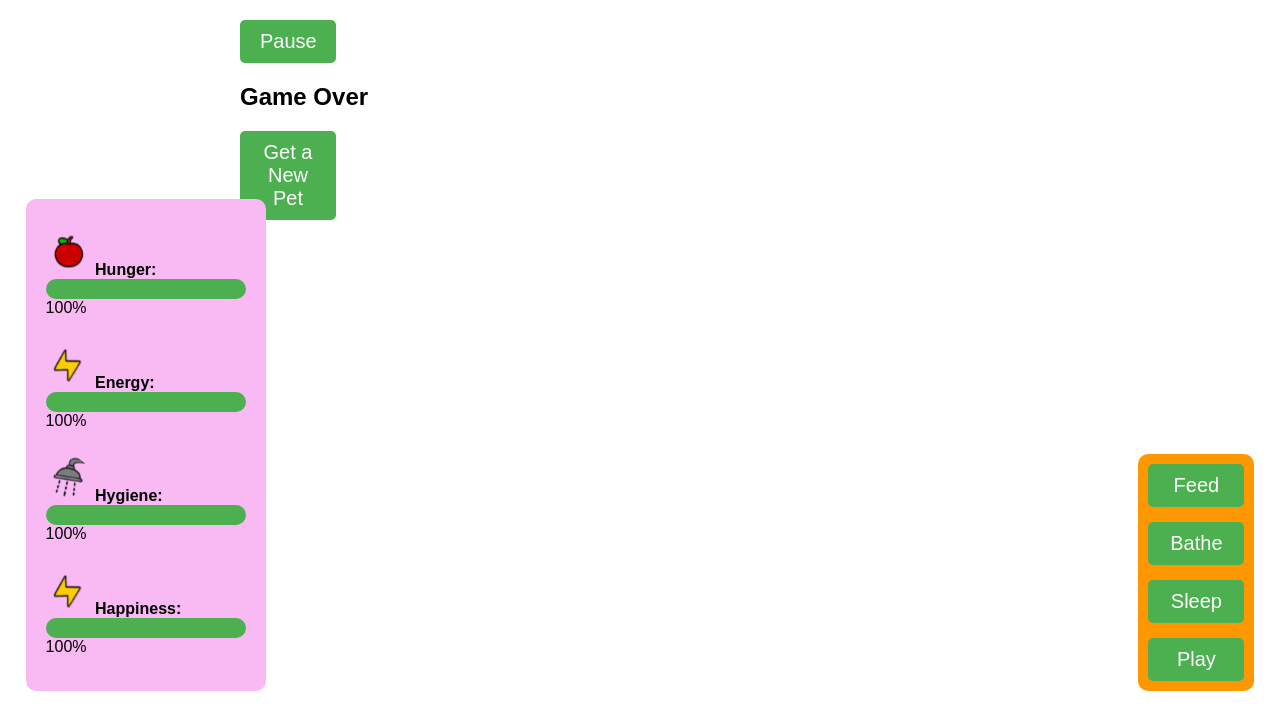
Repository: sarahjx/CapyCare
Page: html/index.html
These files come from the project's save history. The page is drawn as it stood at one moment and after a run of saves; the edit follows.
The browser window is 1280 px wide. The pictures show the whole page.
Some web fonts or font styles are not loaded; a fallback is used.

Above is the page before, as saved 2025-04-30 17:57:22.

### html/index.html
<!-- @format -->

<!DOCTYPE html>
<html lang="en">
  <head>
    <meta charset="UTF-8" />
    <meta name="viewport" content="width=device-width, initial-scale=1.0" />
    <title>Virtual Pet Game</title>
    <link rel="preconnect" href="https://fonts.googleapis.com">
    <link rel="preconnect" href="https://fonts.gstatic.com" crossorigin>
    <link href="https://fonts.googleapis.com/css2?family=McLaren&display=swap" rel="stylesheet">
    <link rel="stylesheet" href="../css/statusbar.css" />
  </head>
  <body>
    <div class="status-bar-container">

      <div class="status-bar">
        <span class="hunger-icon"><img src="../images/hunger.svg" alt="hunger icon"></span>
        <span class="status-label">Hunger:</span>
        <div class="status-progress">
          <div id="hunger-bar" class="status-fill" style="width: 100%"></div>
        </div>
        <span id="hunger-value">100%</span>
        <div id="hunger-warning" class="warning"></div>
      </div>

      <div class="status-bar">
        <span class="energy-icon"><img src="../images/energy.svg" alt="energy icon"></span>
        <span class="status-label">Energy:</span>
        <div class="status-progress">
          <div id="energy-bar" class="status-fill" style="width: 100%"></div>
        </div>
        <span id="energy-value">100%</span>
        <div id="energy-warning" class="warning"></div>
      </div>

      <div class="status-bar">
        <span class="hygiene-icon"><img src="../images/hygiene.svg" alt="hygiene icon"></span>
        <span class="status-label">Hygiene:</span>
        <div class="status-progress">
          <div id="hygiene-bar" class="status-fill" style="width: 100%"></div>
        </div>
        <span id="hygiene-value">100%</span>
        <div id="hygiene-warning" class="warning"></div>
      </div>

      <div class="status-bar">
        <span class="hunger-icon"><img src="../images/energy.svg" alt="hunger icon"></span>
        <span class="status-label">Happiness:</span>
        <div class="status-progress">
          <div id="happiness-bar" class="status-fill" style="width: 100%"></div>
        </div>
        <span id="happiness-value">100%</span>
        <div id="happiness-warning" class="warning"></div>
      </div>
    </div>

      <div class="action-buttons">
        <button onclick="feedPet(currentPet)">Feed</button>
        <button onclick="bathePet(currentPet)">Bathe</button>
        <button onclick="bedtime(currentPet)">Sleep</button>
        <button onclick="touchPet(currentPet)">Play</button>
      </div>
      <button id="pauseButton" onclick="togglePause()" class="pause-button">
        Pause
      </button>
    </div>

    <div id="gameOverScreen" class="game-over-screen">
      <div class="game-over-content">
        <h2>Game Over</h2>
        <p id="gameOverMessage"></p>
        <button onclick="resetGame()">Get a New Pet</button>
      </div>
    </div>

    <script src="../backend/status.js"></script>
  </body>
</html>

### css/statusbar.css
:root {
  --primary-color: #F9D9D9;
  --secondary-color: #D9E7F9;
  --tertiary-color: #FFF1FB;
  --accent-color: #F7EFD7;
  --text-color: #333;
  --spacing-xs: 0.5rem;
  --spacing-sm: 0.75rem;
  --spacing-md: 1rem;
  --spacing-lg: 1.5rem;
  --spacing-xl: 2rem;
  --spacing-xxl: 3rem;
  --font-family: 'McLaren', sans-serif;
  --font-size-xs: 0.75rem;
  --font-size-sm: 0.875rem;
  --font-size-md: 1rem;
  --font-size-lg: 1.125rem;
  --font-size-xl: 1.25rem;
  --font-size-xxl: 1.5rem;
}

body {
  font-family: var(--font-family);
  font-weight: 10;
  max-width: 800px;
  margin: 0 auto;
  padding: 20px;
  background-color: #ffffff;
}

.status-bar-container {
  position: fixed;
  background-color: rgb(249, 185, 243);
  padding: 20px;
  border-radius: 10px;
  display: inline-flex;
  flex-direction: column;
  bottom: 4%;
  left: 2%;
}

.status-bar {
  margin: 10px 0;
}

.status-label {
  display: inline-block;
  width: 100px;
  font-weight: bold;
}

.status-progress {
  width: 200px;
  height: 20px;
  background-color: #eee;
  border-radius: 10px;
  overflow: hidden;
}

.status-fill {
  height: 100%;
  background-color: #4caf50;
  transition: width 0.3s ease;
}

.action-buttons {
  margin-top: 20px;
  display: inline-flex;
  flex-direction: column;
  padding: 10px;
  border-radius: 10px;
  gap: 15px;
  background-color: #ff9800;
  position: fixed;
  right: 2%;
  bottom: 4%;

}


button {
  padding: 10px 20px;
  border: none;
  border-radius: 5px;
  background-color: #4caf50;
  color: white;
  cursor: pointer;
  transition: background-color 0.3s;
  width: 6rem;
  font-family: var(--font-family);
  font-weight: 7pt;
  font-size: var(--font-size-xl);

}

button:hover {
  background-color: #45a049;
}

.warning {
  color: #ff9800;
  font-weight: bold;
  margin-top: 5px;
}

.critical {
  color: #f44336;
  font-weight: bold;
  margin-top: 5px;
}

### backend/status.js
/** @format */

function Personality(favFood, active, clean, clingy, foodLover, introText) {
  this.favFood = favFood;
  this.active = active;
  this.clean = clean;
  this.clingy = clingy;
  this.foodLover = foodLover;
  this.intro = introText;
}

const mix1 = new Personality(
  "Sunfruit",
  true,
  true,
  true,
  true,
  "This pet is energetic and playful, always ready to explore or play. They love the taste of Sunfruit and will happily eat it when offered, but they'll need constant attention, so expect lots of petting and cuddling. Despite their active nature, they stay clean and are easy to bathe. This pet loves affection and will return it in kind!"
);
const mix2 = new Personality(
  "Snakberry",
  true,
  true,
  false,
  true,
  "This pet is full of energy and loves to make the most of their days. They are particularly fond of Snakberries, which they will devour happily, but they tend to get hungry more often due to their high energy levels. Despite their active nature, they keep themselves clean and are easy to bathe. They're not overly clingy, so while they'll happily spend time with you, they won't be demanding affection constantly."
);
const mix3 = new Personality(
  "Dreamleaf",
  false,
  false,
  true,
  false,
  "This pet is laid-back and enjoys spending time with you, always seeking your company. They love Dreamleaf as a treat, but they're not particularly food-driven and don't get hungry as often. While they may get a little dirty from time to time, they tend to move around when you try to bathe them. Expect them to seek out your attention frequently, and be ready to shower them with love when they come to you for pets."
);

const personalities = [mix1, mix2, mix3];

// Global variable to store current pet
let currentPet = null;

// Store interval IDs globally
let hungerInterval = null;
let energyInterval = null;
let hygieneInterval = null;
let happinessInterval = null;

let isGameOver = false;

function getRandomPersonality() {
  const randomIndex = Math.floor(Math.random() * personalities.length);
  currentPet = personalities[randomIndex];
  console.log("New pet initialized:", currentPet.intro);
  return currentPet;
}

let hunger = 100;
let energy = 100;
let hygiene = 100;
let happiness = 100;

// Personality-based status decrease functions
function decreaseHunger() {
  if (!currentPet || isGameOver) return;

  // Food lovers get hungry faster
  const decreaseAmount = currentPet.foodLover ? 15 : 10;
  if (hunger <= 0) {
    hunger = 0;
    if (checkGameOver()) return;
  } else if (hunger > 0) {
    hunger -= decreaseAmount;
    if (checkGameOver()) return;
  }
  console.log("Hunger: " + hunger);
  warning();
}

function decreaseEnergy() {
  if (!currentPet || isGameOver) return;

  // Active pets lose energy faster
  const decreaseAmount = currentPet.active ? 15 : 10;
  if (energy <= 0) {
    energy = 0;
    if (checkGameOver()) return;
  } else if (energy > 0) {
    energy -= decreaseAmount;
    if (checkGameOver()) return;
  }
  console.log("Energy: " + energy);
  warning();
}

function decreaseHygiene() {
  if (!currentPet || isGameOver) return;

  // Clean pets lose hygiene slower
  const decreaseAmount = currentPet.clean ? 8 : 12;
  if (hygiene <= 0) {
    hygiene = 0;
    if (checkGameOver()) return;
  } else if (hygiene > 0) {
    hygiene -= decreaseAmount;
    if (checkGameOver()) return;
  }
  console.log("Hygiene: " + hygiene);
  warning();
}

function decreaseHappiness() {
  if (!currentPet || isGameOver) return;

  // Clingy pets lose happiness faster when not attended to
  const decreaseAmount = currentPet.clingy ? 15 : 10;
  if (happiness <= 0) {
    happiness = 0;
    if (checkGameOver()) return;
  } else if (happiness > 0) {
    happiness -= decreaseAmount;
    if (checkGameOver()) return;
  }
  console.log("Happiness: " + happiness);
  warning();
}

// Update intervals with personality-based timing
function updateIntervals() {
  // Clear any existing intervals
  if (hungerInterval) clearInterval(hungerInterval);
  if (energyInterval) clearInterval(energyInterval);
  if (hygieneInterval) clearInterval(hygieneInterval);
  if (happinessInterval) clearInterval(happinessInterval);

  // Set new intervals based on personality
  hungerInterval = setInterval(
    () => {
      decreaseHunger();
      warning();
    },
    currentPet.foodLover ? 6000 : 8000
  );

  energyInterval = setInterval(
    () => {
      decreaseEnergy();
      warning();
    },
    currentPet.active ? 8000 : 12000
  );

  hygieneInterval = setInterval(
    () => {
      decreaseHygiene();
      warning();
    },
    currentPet.clean ? 18000 : 15000
  );

  happinessInterval = setInterval(
    () => {
      decreaseHappiness();
      warning();
    },
    currentPet.clingy ? 8000 : 10000
  );

  console.log("Intervals updated for pet:", currentPet.intro);
}

// Pause game function
function pauseGame() {
  if (hungerInterval) clearInterval(hungerInterval);
  if (energyInterval) clearInterval(energyInterval);
  if (hygieneInterval) clearInterval(hygieneInterval);
  if (happinessInterval) clearInterval(happinessInterval);
  console.log("Game paused");
}

// Resume game function
function resumeGame() {
  updateIntervals();
  console.log("Game resumed");
}

// Initialize with a random pet and start intervals
currentPet = getRandomPersonality();
updateIntervals();

function touchPet(personality) {
  if (personality.clingy) {
    gainStatus("happiness");
    console.log("Your pet loves the attention!");
  } else {
    loseStatus("happiness");
    console.log("Your pet prefers their space.");
  }
}

function feedPet(personality) {
  gainStatus("hunger"); // Always increase hunger
  if (personality.foodLover) {
    gainStatus("happiness");
    console.log("Your pet loves the food!");
  } else {
    loseStatus("happiness");
    console.log("Your pet isn't very interested in food.");
  }
}

function bathePet(personality) {
  gainStatus("hygiene"); // Always increase hygiene
  if (personality.clean) {
    gainStatus("happiness");
    console.log("Your pet enjoys being clean!");
  } else {
    loseStatus("happiness");
    console.log("Your pet doesn't like baths.");
  }
}

function bedtime(personality) {
  gainStatus("energy"); // Always increase energy
  if (personality.active) {
    loseStatus("happiness");
    console.log("Your pet is too energetic to sleep!");
  } else {
    gainStatus("happiness");
    console.log("Your pet enjoys resting.");
  }
}

function gainStatus(category) {
  switch (category) {
    case "hunger":
      if (hunger >= 100) {
        console.log("Hunger is full!");
      } else if (hunger < 100) {
        hunger += 10;
        console.log("Hunger: " + hunger);
      }
      break;
    case "energy":
      if (energy >= 100) {
        console.log("Energy is full!");
      } else if (energy < 100) {
        energy += 10;
        console.log("Energy: " + energy);
      }
      break;
    case "hygiene":
      if (hygiene >= 100) {
        console.log("Hygiene is full!");
      } else if (hygiene < 100) {
        hygiene += 10;
        console.log("Hygiene: " + hygiene);
      }
      break;
    case "happiness":
      if (happiness >= 100) {
        console.log("Happiness is full!");
      } else if (happiness < 100) {
        happiness += 10;
        console.log("Happiness: " + happiness);
      }
      break;
    default:
      console.log("Invalid category");
  }
}

function loseStatus(category) {
  switch (category) {
    case "hunger":
      if (hunger <= 0) {
        console.log("Hunger is empty!");
        hunger = 0;
      } else if (hunger > 0) {
        hunger -= 10;
        console.log("Hunger: " + hunger);
      }
      break;
    case "energy":
      if (energy <= 0) {
        console.log("Energy is empty!");
        energy = 0;
      } else if (energy > 0) {
        energy -= 10;
        console.log("Energy: " + energy);
      }
      break;
    case "hygiene":
      if (hygiene <= 0) {
        console.log("Hygiene is empty!");
        hygiene = 0;
      } else if (hygiene > 0) {
        hygiene -= 10;
        console.log("Hygiene: " + hygiene);
      }
      break;
    case "happiness":
      if (happiness <= 0) {
        console.log("Happiness is empty!");
        happiness = 0;
      } else if (happiness > 0) {
        happiness -= 10;
        console.log("Happiness: " + happiness);
      }
      break;
    default:
      console.log("Invalid category");
  }
}

function warning() {
  // Hunger warnings
  if (hunger <= 50 && hunger > 20) {
    document.getElementById("hunger-warning").textContent =
      "Your pet is getting hungry!";
    document.getElementById("hunger-warning").className = "warning";
  } else if (hunger <= 20 && hunger > 0) {
    document.getElementById("hunger-warning").textContent =
      "Your pet is starving!";
    document.getElementById("hunger-warning").className = "critical";
  } else {
    document.getElementById("hunger-warning").textContent = "";
  }

  // Energy warnings
  if (energy <= 50 && energy > 20) {
    document.getElementById("energy-warning").textContent =
      "Your pet is getting tired!";
    document.getElementById("energy-warning").className = "warning";
  } else if (energy <= 20 && energy > 0) {
    document.getElementById("energy-warning").textContent =
      "Your pet is exhausted!";
    document.getElementById("energy-warning").className = "critical";
  } else {
    document.getElementById("energy-warning").textContent = "";
  }

  // Hygiene warnings
  if (hygiene <= 50 && hygiene > 20) {
    document.getElementById("hygiene-warning").textContent =
      "Your pet needs a bath!";
    document.getElementById("hygiene-warning").className = "warning";
  } else if (hygiene <= 20 && hygiene > 0) {
    document.getElementById("hygiene-warning").textContent =
      "Your pet is filthy!";
    document.getElementById("hygiene-warning").className = "critical";
  } else {
    document.getElementById("hygiene-warning").textContent = "";
  }

  // Happiness warnings
  if (happiness <= 50 && happiness > 20) {
    document.getElementById("happiness-warning").textContent =
      "Your pet is getting sad!";
    document.getElementById("happiness-warning").className = "warning";
  } else if (happiness <= 20 && happiness > 0) {
    document.getElementById("happiness-warning").textContent =
      "Your pet is depressed!";
    document.getElementById("happiness-warning").className = "critical";
  } else {
    document.getElementById("happiness-warning").textContent = "";
  }
}

function checkGameOver() {
  if (hunger <= 0 || energy <= 0 || hygiene <= 0 || happiness <= 0) {
    isGameOver = true;
    pauseGame();
    showGameOver();
    return true;
  }
  return false;
}

function showGameOver() {
  let reason = "";
  if (hunger <= 0) reason = "Your pet starved to death!";
  else if (energy <= 0) reason = "Your pet died from exhaustion!";
  else if (hygiene <= 0) reason = "Your pet died from poor hygiene!";
  else if (happiness <= 0) reason = "Your pet died from sadness!";

  console.log("GAME OVER: " + reason);
  document.getElementById("gameOverMessage").textContent = reason;
  document.getElementById("gameOverScreen").style.display = "flex";
}

function resetGame() {
  isGameOver = false;
  hunger = 70;
  energy = 70;
  hygiene = 70;
  happiness = 70;
  document.getElementById("gameOverScreen").style.display = "none";
  currentPet = getRandomPersonality();
  updateStatusBars();
  updateIntervals();
}

let isPaused = false;

      function togglePause() {
        isPaused = !isPaused;
        const pauseButton = document.getElementById("pauseButton");
        const buttons = document.querySelectorAll(
          ".buttons button:not(#pauseButton)"
        );

        if (isPaused) {
          pauseButton.textContent = "Resume";
          pauseButton.classList.add("paused");
          buttons.forEach((button) => (button.disabled = true));
          pauseGame();
        } else {
          pauseButton.textContent = "Pause";
          pauseButton.classList.remove("paused");
          buttons.forEach((button) => (button.disabled = false));
          resumeGame();
        }
      }

      // Update status bars
      function updateStatusBars() {
        document.getElementById("hunger-bar").style.width = hunger + "%";
        document.getElementById("energy-bar").style.width = energy + "%";
        document.getElementById("hygiene-bar").style.width = hygiene + "%";
        document.getElementById("happiness-bar").style.width = happiness + "%";

        document.getElementById("hunger-value").textContent = hunger + "%";
        document.getElementById("energy-value").textContent = energy + "%";
        document.getElementById("hygiene-value").textContent = hygiene + "%";
        document.getElementById("happiness-value").textContent =
          happiness + "%";
      }

      // Override console.log to update UI
      const originalConsoleLog = console.log;
      console.log = function () {
        originalConsoleLog.apply(console, arguments);
        updateStatusBars();
      };

      // Initial update
      updateStatusBars();

After the next 5 saves:
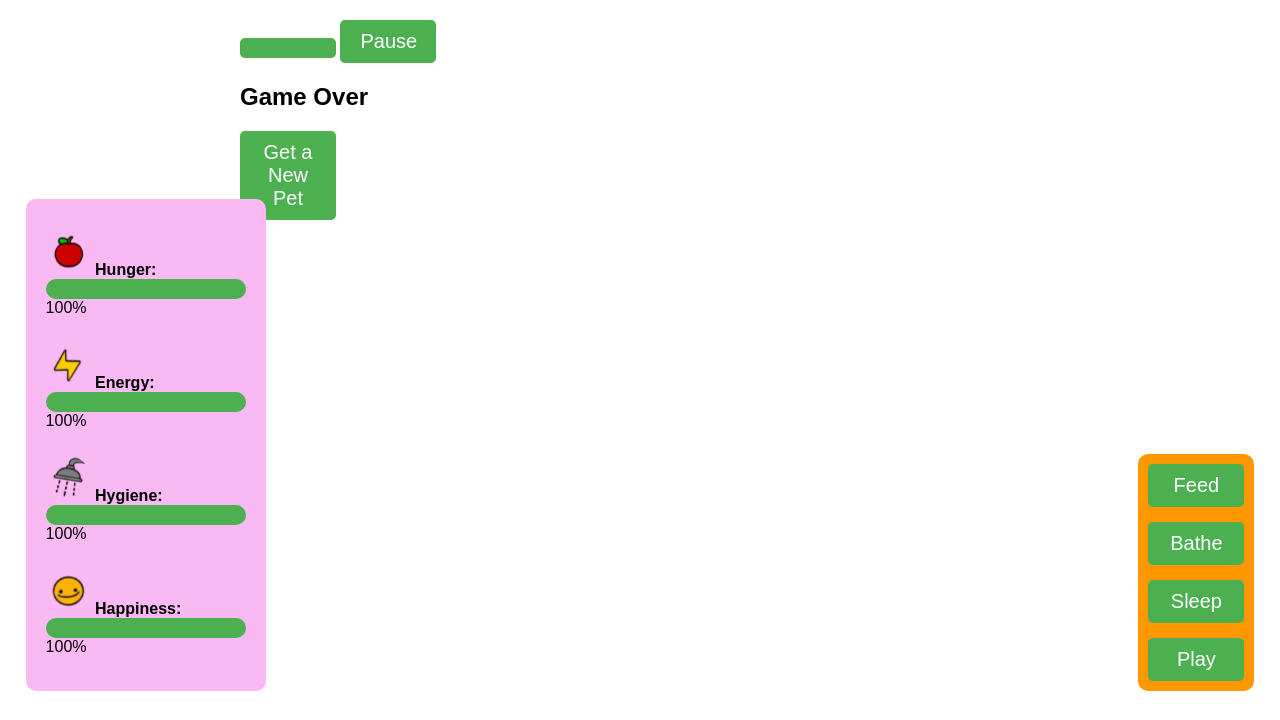
The 5 saves are shown as one change because they came seconds apart.
The last was saved 13 s later.
--- a/html/index.html
+++ b/html/index.html
@@ -45,7 +45,7 @@
       </div>
 
       <div class="status-bar">
-        <span class="hunger-icon"><img src="../images/energy.svg" alt="hunger icon"></span>
+        <span class="happiness-icon"><img src="../images/happiness.svg" alt="happiness icon"></span>
         <span class="status-label">Happiness:</span>
         <div class="status-progress">
           <div id="happiness-bar" class="status-fill" style="width: 100%"></div>
@@ -54,6 +54,7 @@
         <div id="happiness-warning" class="warning"></div>
       </div>
     </div>
+    <button></button>
 
       <div class="action-buttons">
         <button onclick="feedPet(currentPet)">Feed</button>
